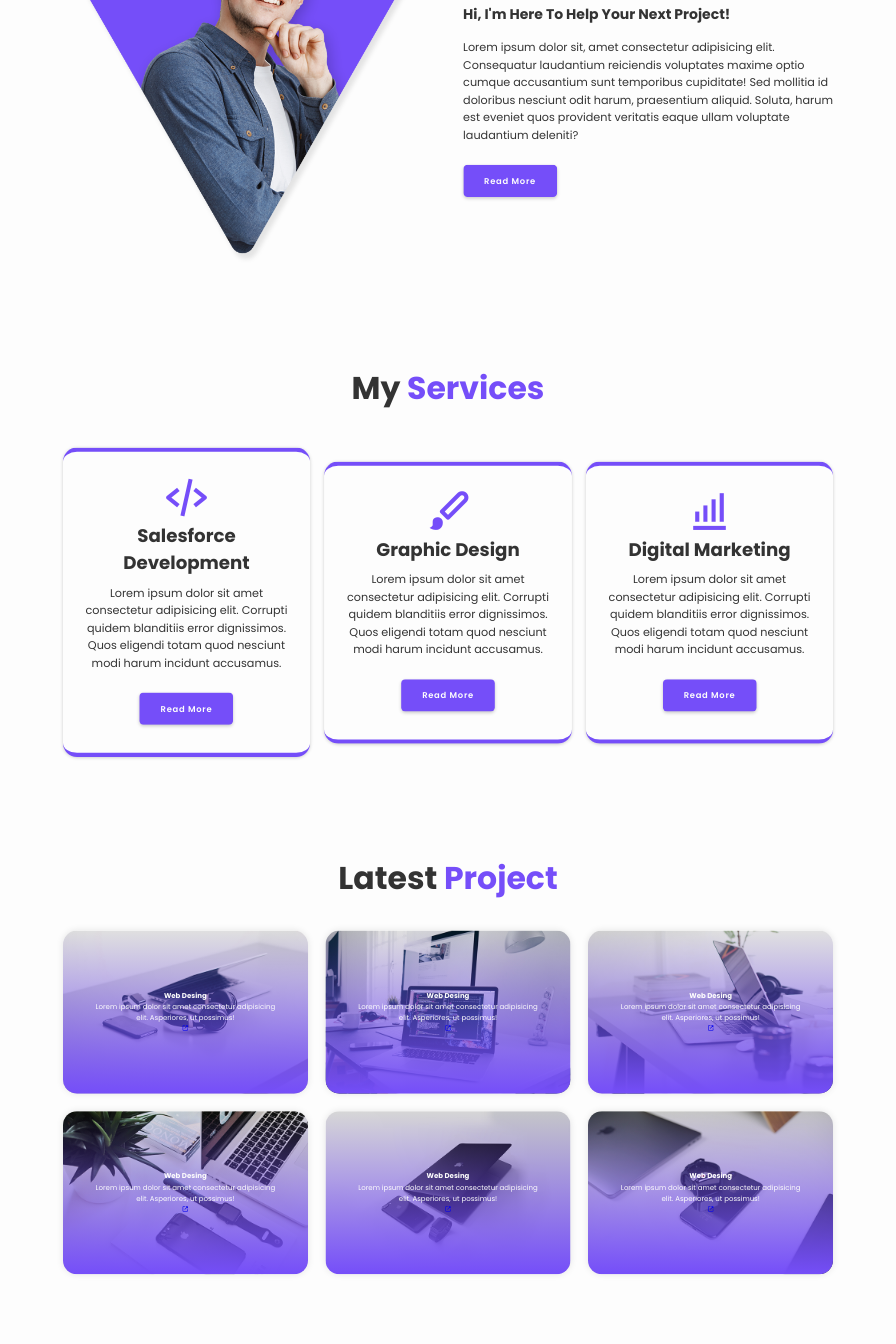
Repository: Gabi-Augusto/Portfolio
Page: index.html
An editor plug-in stored every save of this project. The page is shown before and after the next save, followed by the edit.
The browser window is 1280 px wide. The pictures show the part of the page from y = 989 to 2909 px (the page is 2909 px tall), at 70% of full size.

Above is the page before, as saved 2023-11-29 19:15:53.

### index.html
<!DOCTYPE html>
<html lang="en">

<head>
    <meta charset="UTF-8">
    <meta http-equiv="X-UA-Compatible" content="IE=edge">
    <meta name="viewport" content="width=device-width, initial-scale=1.0">
    <title>Portfolio Website Design | Gabriela Augusto</title>

    <!-- swiper css -->
    <link rel="stylesheet" href="https://cdn.jsdelivr.net/npm/swiper@9/swiper-bundle.min.css" />

    <!-- box icons -->
    <link href='https://unpkg.com/boxicons@2.1.4/css/boxicons.min.css' rel='stylesheet'>

    <!-- custom css -->
    <link rel="stylesheet" href="css/style.css">
</head>

<body>

    <!-- header design -->
    <header class="header">
        <a href="#" class="logo">Portfolio.</a>

        <nav class="navbar">
            <a href="#home" class="active">Home</a>
            <a href="#about">About</a>
            <a href="#services">Services</a>
            <a href="#portfolio">Portfolio</a>
            <a href="#contact">Contact</a>
        </nav>

        <div class="bx bx-moon" id="darkMode-icon"></div>
    </header>

    <!-- home section design -->
    <section class="home" id="home">
        <div class="home-content">
            <h3>Hello, I am</h3>
            <h1>Gabriela Augusto</h1>
            <p>Lorem ipsum, dolor sit amet consectetur adipisicing elit. Veritatis sequi amet numquam sunt eius quae deleniti dolore voluptatum.</p>

            <div class="social-media">
                <a href="#"><i class='bx bxl-instagram-alt'></i></a>
                <a href="#"><i class='bx bxl-linkedin' ></i></a>
                <a href="#"><i class='bx bxl-github' ></i></a>
            </div>

            <a href="#" class="btn">Download CV</a>
        </div>

        <div class="profession-container">
            <div class="profession-box">
                <div class="profession" style="--i:0;">
                    <i class='bx bx-cloud'></i>
                    <h3>Salesforce Developer</h3>
                </div>
                <div class="profession" style="--i:1;">
                    <i class='bx bx-bulb'></i>
                    <h3>Business Analyst</h3>
                </div>
                <div class="profession" style="--i:2;">
                    <i class='bx bx-palette'></i>
                    <h3>Web Designer</h3>
                </div>
                <div class="profession" style="--i:3;">
                    <i class='bx bx-code-alt' ></i>
                    <h3>FullStack Developer</h3>
                </div>
                <div class="circle"></div>
            </div>
            <div class="overlay"></div>
        </div>
        <div class="home-img">
            <img src="imagens/home.png" alt="">
        </div>
    </section>

    <!-- about section design -->

    <section class="about" id="about">
        <div class="about-img">
            <img src="imagens/about.png" alt="">
        </div>

        <div class="about-content">
            <h2 class="heading">About <span>Me</span></h2>
            <h3>Hi, I'm Here To Help Your Next Project!</h3>
            <p>Lorem ipsum dolor sit, amet consectetur adipisicing elit. Consequatur laudantium reiciendis voluptates maxime optio cumque accusantium sunt temporibus cupiditate! Sed mollitia id doloribus nesciunt odit harum, praesentium aliquid. Soluta, harum est eveniet quos provident veritatis eaque ullam voluptate laudantium deleniti?</p>
            <a href="#" class="btn">Read More</a>
        </div>
    </section>

    <!-- services section design -->

    <section class="services" id="services">
        <h2 class="heading">My <span>Services</span></h2>

        <div class="services-container">
            <div class="services-box">
                <i class='bx bx-code-alt' ></i>
                <h3>Salesforce Development</h3>
                <p>Lorem ipsum dolor sit amet consectetur adipisicing elit. Corrupti quidem blanditiis error dignissimos. Quos eligendi totam quod nesciunt modi harum incidunt accusamus.</p>
                <a href="#" class="btn">Read More</a>
            </div>
            <div class="services-box">
                <i class='bx bxs-paint'></i>
                <h3>Graphic Design</h3>
                <p>Lorem ipsum dolor sit amet consectetur adipisicing elit. Corrupti quidem blanditiis error dignissimos. Quos eligendi totam quod nesciunt modi harum incidunt accusamus.</p>
                <a href="#" class="btn">Read More</a>
            </div>
            <div class="services-box">
                <i class='bx bx-bar-chart-alt'></i>
                <h3>Digital Marketing</h3>
                <p>Lorem ipsum dolor sit amet consectetur adipisicing elit. Corrupti quidem blanditiis error dignissimos. Quos eligendi totam quod nesciunt modi harum incidunt accusamus.</p>
                <a href="#" class="btn">Read More</a>
            </div>
        </div>
    </section>

    <!-- portfolio section design -->

    <section class="portfolio" id="portfolio">
        <h2 class="heading">Latest <span>Project</span></h2>

        <div class="portfolio-container">
            <div class="portfolio-box">
                <img src="imagens/portfolio1.jpg" alt="">

                <div class="portfolio-layer">
                    <h4>Web Desing</h4>
                    <p>Lorem ipsum dolor sit amet consectetur adipisicing elit. Asperiores, ut possimus!</p>
                    <a href="#"><i class='bx bx-link-external' ></i></a>
                </div>
            </div>

            <div class="portfolio-box">
                <img src="imagens/portfolio2.jpg" alt="">

                <div class="portfolio-layer">
                    <h4>Web Desing</h4>
                    <p>Lorem ipsum dolor sit amet consectetur adipisicing elit. Asperiores, ut possimus!</p>
                    <a href="#"><i class='bx bx-link-external' ></i></a>
                </div>
            </div>

            <div class="portfolio-box">
                <img src="imagens/portfolio3.jpg" alt="">

                <div class="portfolio-layer">
                    <h4>Web Desing</h4>
                    <p>Lorem ipsum dolor sit amet consectetur adipisicing elit. Asperiores, ut possimus!</p>
                    <a href="#"><i class='bx bx-link-external' ></i></a>
                </div>
            </div>

            <div class="portfolio-box">
                <img src="imagens/portfolio4.jpg" alt="">

                <div class="portfolio-layer">
                    <h4>Web Desing</h4>
                    <p>Lorem ipsum dolor sit amet consectetur adipisicing elit. Asperiores, ut possimus!</p>
                    <a href="#"><i class='bx bx-link-external' ></i></a>
                </div>
            </div>

            <div class="portfolio-box">
                <img src="imagens/portfolio5.jpg" alt="">

                <div class="portfolio-layer">
                    <h4>Web Desing</h4>
                    <p>Lorem ipsum dolor sit amet consectetur adipisicing elit. Asperiores, ut possimus!</p>
                    <a href="#"><i class='bx bx-link-external' ></i></a>
                </div>
            </div>

            <div class="portfolio-box">
                <img src="imagens/portfolio6.jpg" alt="">

                <div class="portfolio-layer">
                    <h4>Web Desing</h4>
                    <p>Lorem ipsum dolor sit amet consectetur adipisicing elit. Asperiores, ut possimus!</p>
                    <a href="#"><i class='bx bx-link-external' ></i></a>
                </div>
            </div>

        </div>
    </section>

    <!-- testimonial design -->

    <!-- contact section design -->

    <!-- footer design -->


    <!-- scroll reveal -->
    <script src="https://unpkg.com/scrollreveal"></script>

    <!-- swiper js -->
    <script src="https://cdn.jsdelivr.net/npm/swiper@9/swiper-bundle.min.js"></script>

    <!-- custom js -->
    <script src="js/script.js"></script>
</body>

</html>

### css/style.css
@import url('https://fonts.googleapis.com/css2?family=Poppins:wght@300;400;500;600;700;800;900&display=swap');

* {
    margin: 0;
    padding: 0;
    box-sizing: border-box;
    text-decoration: none;
    border: none;
    outline: none;
    scroll-behavior: smooth;
    font-family: 'Poppins', sans-serif;
}

:root {
    --bg-color: #fdfdfd;
    --text-color: #333;
    --main-color: #754ef9;
    --white-color: #fdfdfd;
    --shadow-color: rgba(0, 0, 0, .2);
}

html {
    font-size: 62.5%;
    overflow-x: hidden;
}

body {
    background: var(--bg-color);
    color: var(--text-color);
}

.header {
    position: fixed;
    top: 0;
    left: 0;
    width: 100%;
    padding: 2rem 7%;
    background: transparent;
    display: flex;
    align-items: center;
    z-index: 100;
    transition: .5s;
}

.header.sticky {
    background: var(--bg-color);
    box-shadow: 0 .1rem 1rem var(--shadow-color);
}

.logo {
    font-size: 2.5rem;
    color: var(--main-color);
    font-weight: 600;
    cursor: default;
    margin-right: auto;
}

.navbar a {
    position: relative;
    font-size: 1.7rem;
    color: var(--white-color);
    font-weight: 500;
    margin-right: 3.5rem;
}

.header.sticky .navbar a {
    color: var(--text-color);
}

.header.sticky .navbar a.active {
    color: var(--main-color);
}

.navbar a.active::before{
    content: '';
    position: absolute;
    left: 0;
    bottom: -6px;
    width: 100%;
    height: .2rem;
    background: var(--white-color);
}

.header.sticky .navbar a::before {
    background: var(--main-color);
    opacity: .7;
}

#darkMode-icon {
    font-size: 2.4rem;
    color: var(--white-color);
    cursor: pointer;
}

.header.sticky #darkMode-icon{
    color: var(--text-color);
    opacity: .9;
}

section {
    min-height: 100vh;
    padding: 7rem 7% 2rem;
}

.home {
    display: flex;
    align-items: center;
}

.home .home-content {
    max-width: 44rem;
}

.home-content h3 {
    font-size: 3.2rem;
    font-weight: 700;
    line-height: .3;
}

.home-content h1 {
    font-size: 4.8rem;
    font-weight: 700;
    margin-bottom: .3rem;
}

.home-content p {
    font-size: 1.6rem;
}

.home-content .social-media a {
    display: inline-flex;
    justify-content: center;
    align-items: center;
    width: 4rem;
    height: 4rem;
    background: transparent;
    border: .2rem solid var(--main-color);
    border-radius: 50%;
    box-shadow: 0 .2rem .5rem  var(--shadow-color);
    font-size: 2rem;
    color: var(--main-color);
    margin: 2.5rem 1.5rem 3rem 0;
    transition: .5s ease;
}

.home-content .social-media a:hover {
    background: var(--main-color);
    color: var(--white-color);
}

.btn {
    display: inline-block;
    padding: 1.2rem 2.8rem;
    background: var(--main-color);
    border-radius: .6rem;
    box-shadow: 0 .2rem .5rem var(--shadow-color);
    font-size: 1.2rem;
    color: var(--white-color);
    letter-spacing: .1rem;
    font-weight: 600;
    border: .2rem solid transparent;
    transition: .5s ease;
}

.btn:hover {
    background: transparent;
    color: var(--main-color);
    border-color: var(--main-color);
}

.home .profession-container {
    position: absolute;
    top: 48%;
    right: 30px;
    transform: translateY(-50%);
    width: 680px;
    height: 680px;
    overflow: hidden;
    pointer-events: none;
}

.home .profession-container .profession-box {
    position: absolute;
    top: 0;
    right: 0;
    width: 680px;
    height: 680px;
    border-radius: 50%;
    display: flex;
    justify-content: center;
    align-items: center;
}

.home .profession-box .profession {
    position: absolute;
    left: 0;
    display: flex;
    align-items: center;
    flex-direction: column;
    color: var(--main-color);
    transform: rotate(calc(360deg / 4 * var(--i)));
    transform-origin: 340px;
    background: var(--bg-color);
    padding: 13px 0;
}

.home .profession-box .profession:nth-child(1) i {
    margin-right: 15px;
}

.home .profession-box .profession:nth-child(2),
.home .profession-box .profession:nth-child(4) {
    padding-bottom: 20px;
}

.home .profession i {
    font-size: 3.8rem;
}

.home .profession h3 {
    font-size: 2.4rem;
    line-height: 1;
    font-weight: 600;
}

.home .profession-box .circle {
    width: 520px;
    height: 520px;
    border: 3px solid var(--main-color);
    border-radius: 50%;
}

.home .profession-container .overlay {
    position: absolute;
    top: 0;
    right: 0;
    width: 0;
    height: 0;
    border-top: 340px solid var(--main-color);
    border-right: 340px solid var(--main-color);
    border-bottom: 340px solid var(--main-color);
    border-left: 340px solid transparent;
}

.home-img img {
    position: absolute;
    bottom: 0;
    top: 83px;
    right: 70px;
    width: 29%;
    pointer-events: none;
}

span {
    color: var(--main-color);
}

.about {
    display: flex;
    justify-content: center;
    align-items: center;
    gap: 6rem;
}

.about-img img {
    width: 40vw;
}

.heading {
    font-size: 4.5rem;
    text-align: center;
}

.about-content h2 {
    text-align: left;
    line-height: 1.2;
}

.about-content h3 {
    font-size: 2rem;
}

.about-content p {
    font-size: 1.6rem;
    margin: 2rem 0 3rem;
}

.services {
    min-height: auto;
    padding-bottom: 7rem;
}

.services h2 {
    margin-bottom: 5rem;
}

.services .services-container {
    display: flex;
    justify-content: center;
    align-items: center;
    flex-wrap: wrap;
    gap: 2rem;
}

.services-container .services-box {
    flex: 1 1 30rem;
    background: var(--bg-color);
    padding: 3rem 2rem 4rem;
    border-radius: 2rem;
    box-shadow: 0 .1rem .5rem var(--shadow-color);
    text-align: center;
    border-top: .6rem solid var(--main-color);
    border-bottom: .6rem solid var(--main-color);
    transition: .5s ease;
}

.services-container .services-box:hover {
    box-shadow: 0 .1rem 2rem var(--shadow-color);
    transform: scale(1.02);
}

.services-box i {
    font-size: 7rem;
    color: var(--main-color);
}

.services-box h3 {
    font-size: 2.6rem;
    transition: .5s ease;
}

.services-box:hover h3 {
    color: var(--main-color);
}

.services-box p {
    font-size: 1.6rem;
    margin: 1rem 0 3rem;
}

.portfolio {
    padding-bottom: 10rem;
}

.portfolio h2 {
    margin-bottom: 4rem;
}

.portfolio .portfolio-container {
    display: grid;
    grid-template-columns: repeat(3, 1fr);
    align-items: center;
    gap: 2.5rem;
}

.portfolio-container .portfolio-box{
    position: relative;
    display: flex;
    border-radius: 2rem;
    box-shadow: 0 0 1rem rgba(0, 0, 0, .1);
    overflow: hidden;
}

.portfolio-box img {
    width: 100%;
}

.portfolio-box .portfolio-layer {
    position: absolute;
    bottom: 0;
    left: 0;
    width: 100%;
    height: 100%;
    background: linear-gradient(rgba(0, 0, 0, .1), var(--main-color));
    color: var(--white-color);
    display: flex;
    justify-content: center;
    align-items: center;
    flex-direction: column;
    text-align: center;
    padding: 0 4rem;
}

### js/script.js
/*========== menu icon navbar ==========*/
let menuIcon = document.querySelector('#menu-icon');
let navbar = document.querySelector('.navbar');


/*========== scroll sections active link ==========*/
let sections = document.querySelectorAll('section');
let navLinks = document.querySelectorAll('header nav a');

window.onscroll = () => {
    /*========== sticky navbar ==========*/
    let header = document.querySelector('.header');

    header.classList.toggle('sticky', window.scrollY > 100);
    /*========== remove menu icon navbar when click navbar link (scroll) ==========*/
};


/*========== swiper ==========*/


/*========== dark light mode ==========*/


/*========== scroll reveal ==========*/

After the next save:
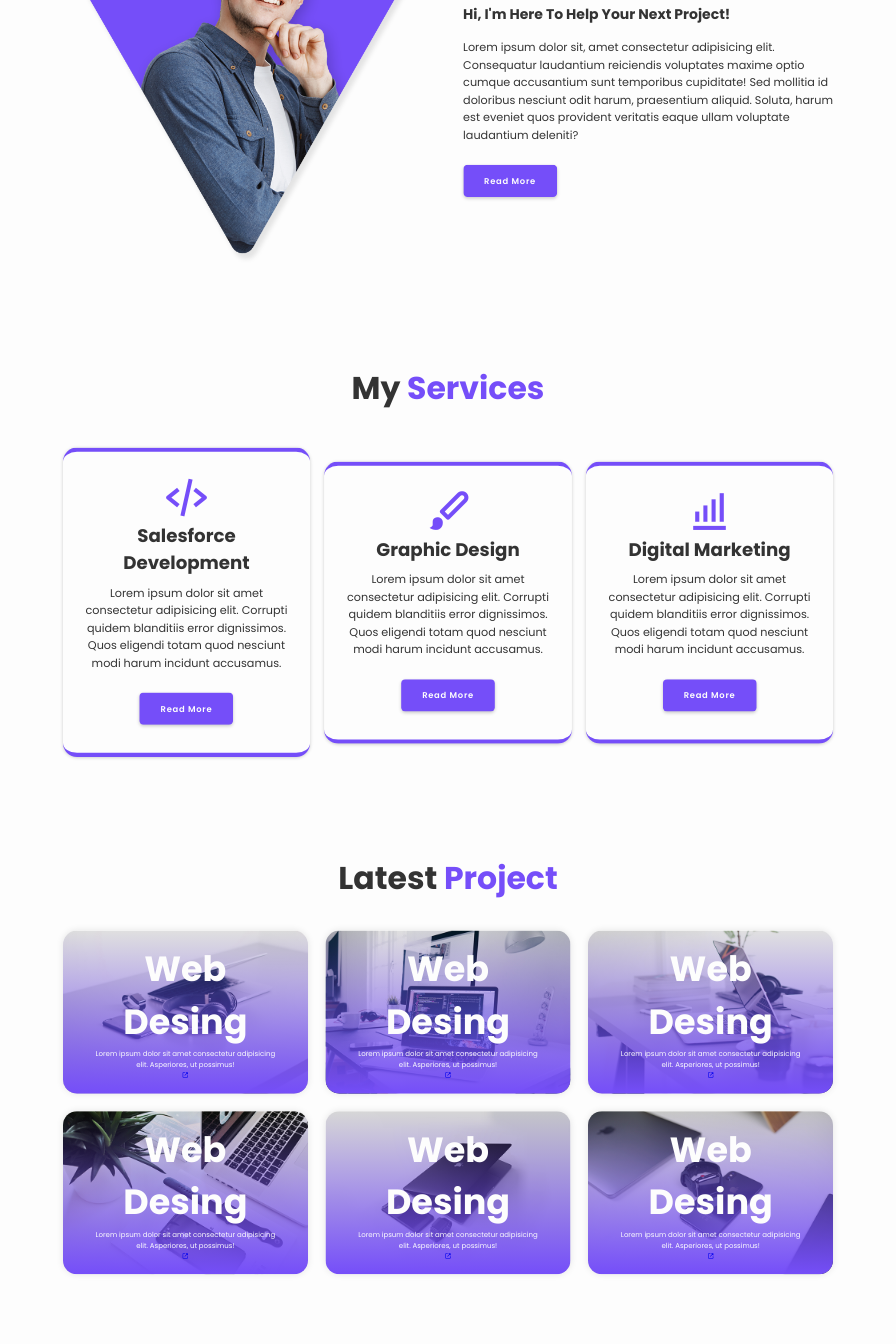
Saved 55 s later.
--- a/css/style.css
+++ b/css/style.css
@@ -380,3 +380,7 @@ span {
     text-align: center;
     padding: 0 4rem;
 }
+
+.portfolio-layer h4 {
+    font-size: 5rem;
+}
